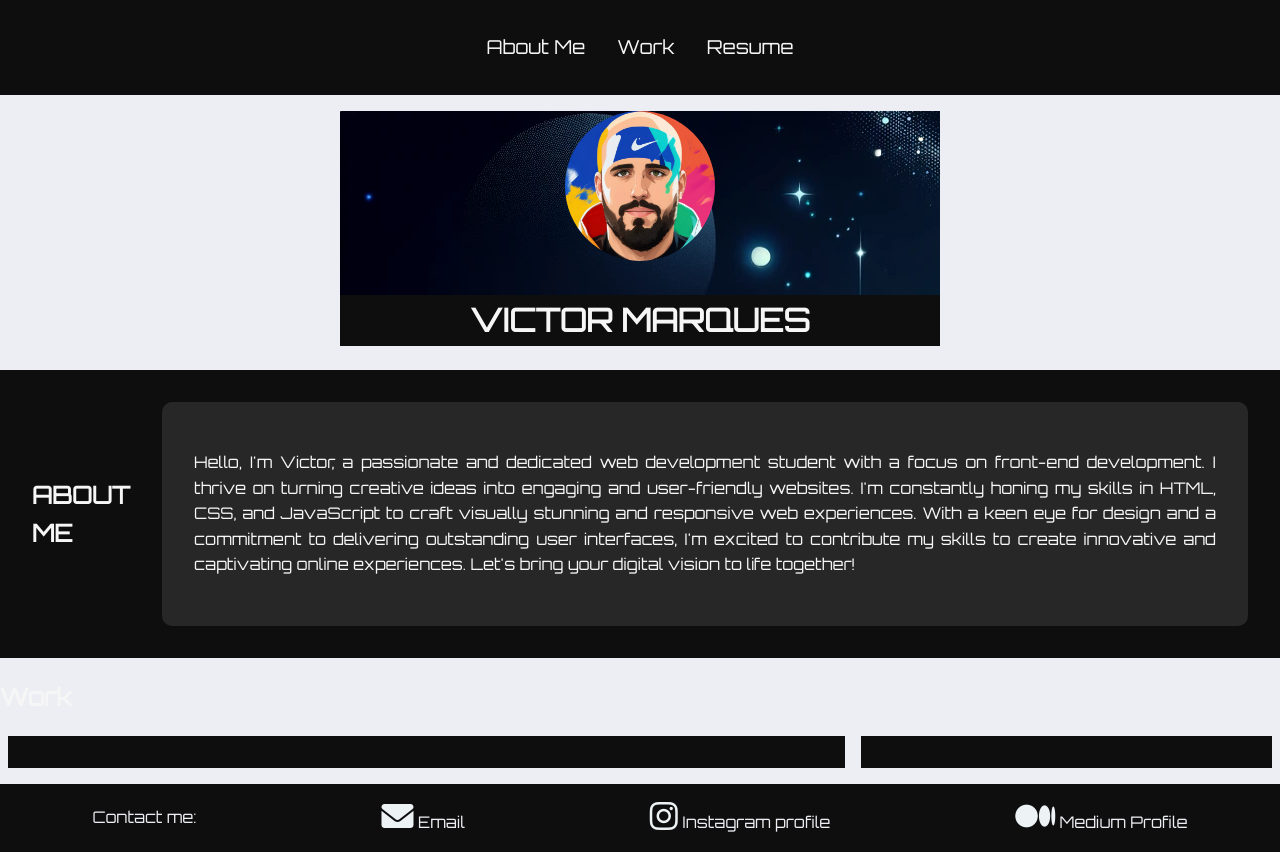
Repository: uvee35/Challenge2-Victor
Page: index.html
The author's editor kept a copy of each file at every save. The page is drawn from the files as they stood at one save, then again after the next save.
The browser window is 1280 px wide. The pictures show the whole page.

Above is the page before, as saved 2023-12-11 22:34:27.

### index.html
<!DOCTYPE html>
<html lang="en-gb">
  <head>
    <meta charset="UTF-8" />
    <meta name="viewport" content="width=device-width, initial-scale=1.0" />
    <meta http-equiv="X-UA-Compatible" content="ie=edge" />
    <title>Victor Marques Portfolio</title>
    <link rel="stylesheet" href="assets/style.css" />
    <link
      href="https://cdnjs.cloudflare.com/ajax/libs/font-awesome/6.0.0-beta3/css/all.min.css"
      rel="stylesheet"
    />
    <link
      href="https://fonts.googleapis.com/css?family=Orbitron&display=swap"
      rel="stylesheet"
    />
  </head>

  <body>
    <header class="header">
      <nav class="header__nav">
        <ul class="nav__list">
          <li class="nav__item">
            <a href="#about" class="nav__link">About Me</a>
          </li>
          <li class="nav__item"><a href="#work" class="nav__link">Work</a></li>
          <li class="nav__item">
            <a href="#resume" class="nav__link">Resume</a>
          </li>
        </ul>
      </nav>
    </header>

    <section class="hero-banner">
      <div class="hero-banner__content">
        <img src="..///assets/victor.JPG" alt="Victor" class="about__image" />
        <h1>VICTOR MARQUES</h1>
      </div>
    </section>

    <main class="page-wrapper">
      <section class="about-section">
        <h2 class="about-title">ABOUT ME</h2>
        <div class="about-box">
          <p class="about-me-text">
            Hello, I'm Victor, a passionate and dedicated web development
            student with a focus on front-end development. I thrive on turning
            creative ideas into engaging and user-friendly websites. I'm
            constantly honing my skills in HTML, CSS, and JavaScript to craft
            visually stunning and responsive web experiences. With a keen eye
            for design and a commitment to delivering outstanding user
            interfaces, I'm excited to contribute my skills to create innovative
            and captivating online experiences. Let's bring your digital vision
            to life together!
          </p>
        </div>
      </section>

      <section class="page-section" id="work">
        <h2>Work</h2>
        <div class="work__projects">
          <a class="project project--featured"></a>
          <div class="project">
            <!-- Other project content -->
          </div>
          <!-- Repeat for other projects as necessary -->
        </div>
      </section>
    </main>

    <footer class="footer">
      <div class="footer__contact-info">
        <span class="footer__contact-header">Contact me: </span>
        <a href="mailto:victormarquesrina@hotmail.com" class="contact-link">
          <i class="fas fa-envelope social-icon"></i>
          <span>Email</span>
        </a>
        <a href="https://www.instagram.com/Uvee35" class="contact-link">
          <i class="fab fa-instagram social-icon"></i>
          <span>Instagram profile</span>
        </a>
        <a href="https://medium.com/@victor5.vm58" class="contact-link">
          <i class="fab fa-medium social-icon"></i>
          <span>Medium Profile</span>
        </a>
      </div>
    </footer>
  </body>
</html>

### assets/style.css
:root {
  --primary-color: #edeef3;
  --secondary-color: #0e0e0e;
  --accent-color: #edf2f4;
  --font-color: #f6f6f6;
  --font-family: 'Orbitron', sans-serif;
}

*,
*::before,
*::after {
  box-sizing: border-box;
}

body {
  font-family: var(--font-family);
  color: var(--font-color);
  background-color: var(--primary-color);
  line-height: 1.6;
  margin: 0;
  padding: 0;
  display: flex;
  flex-direction: column;
  min-height: 100vh;
}

.header {
  display: flex;
  justify-content: center; /* This will center the navigation items */
  align-items: center; /* This will vertically center the items if the header has a specific height */
  padding: 1rem;
  background-color: #0e0e0e;
}


.nav__list {
  display: flex;
  justify-content: center; /* Center the list items horizontally */
  align-items: center; /* Center the list items vertically */
  list-style: none;
  padding: 0; /* Remove default padding */
}


.nav__item {
  margin: 0 1rem;
}

.nav__link {
  color: var(--font-color);
  text-decoration: none;
  font-size: 1.2rem;
}

.hero-banner {
  padding: 1rem; /* Reduced padding */
  text-align: center; /* Center content */
}

.hero-banner__content {
  /* If you want to limit the width of the content area */
  max-width: 600px; /* Adjust as needed */
  margin: auto; /* Center the content area if max-width is set */
  background-image: url(..//assets/background.png);
}


.hero-banner h1 {
  font-size: 2rem; /* Smaller font size for the main heading */
  margin-bottom: 0.5rem; /* Adjust spacing as needed */
  background-color: #0e0e0e;
}

.about__image {
  width: 150px; /* New, smaller width */
  height: 150px; /* New, smaller height */
  border-radius: 50%; /* To keep the circular shape */
  object-fit: cover; /* To maintain aspect ratio */
}


.about-section {
  background-color: var(--secondary-color);
  padding: 2rem;
  display: flex;
  justify-content: space-between;
  align-items: center;

}

.about-title {
  color: var(--font-color);
  font-size: 1.5rem;
  margin-right: 2rem; /* Adjust space between title and box */
}

.about-box {
  flex-grow: 1;
  background: rgba(255, 255, 255, 0.1); /* Semi-transparent white */
  padding: 2rem;
  border-radius: 10px;
  color: var(--font-color);
  font-size: 1rem;
  text-align: justify;
}

.work__projects {
  display: flex;
  flex-wrap: wrap;
  gap: 1rem;
  justify-content: center;
}

.project {
  background-color: var(--secondary-color);
  padding: 1rem;
  width: calc(33.333% - 1rem);
  margin-bottom: 1rem;
}

.project--featured {
  width: calc(66.666% - 1rem);
}

.project img {
  max-width: 100%;
  height: auto;
  border: 3px solid var(--accent-color);
}

.footer {
  background-color: var(--secondary-color);
  color: var(--primary-color);
  text-align: center;
  padding: 1rem 0;
  display: flex;
  justify-content: space-around;
  align-items: center;
  margin-top: auto; /* Pushes the footer to the bottom */
}

.footer a {
  color: var(--primary-color);
  text-decoration: none;
}

.footer__contact-info {
  display: flex;
  justify-content: space-around;
  align-items: center;
  width: 100%;
}

.social-icon {
  font-size: 2rem;
  color: var(--accent-color);
}

/* Media Queries for Responsive Design */
@media (max-width: 768px) {
  .project {
    width: calc(50% - 1rem);
  }

  .project--featured {
    width: 100%;
  }

  .about-box {
    width: 100%;
  }
}

@media (max-width: 480px) {
  .nav__list {
    flex-direction: column;
    align-items: center;
  }

  .nav__item {
    margin-bottom: 0.5rem;
  }

  .project,
  .project--featured {
    width: 100%;
  }

  .about-section {
    flex-direction: column;
    text-align: center;
  }

  .about-title {
    margin: 0 0 1rem 0;
  }
}

After the next save:
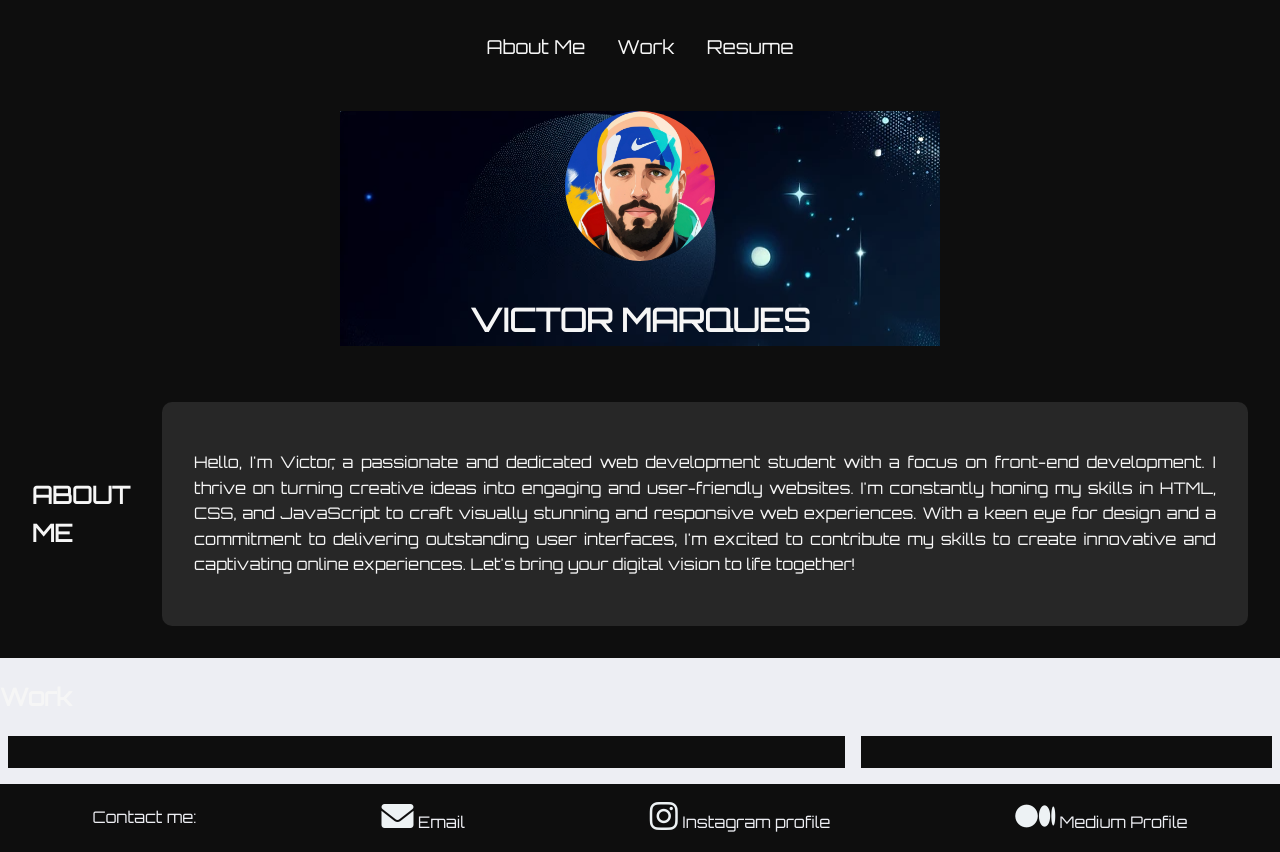
Saved 22 s later.
--- a/assets/style.css
+++ b/assets/style.css
@@ -55,6 +55,7 @@
 .hero-banner {
   padding: 1rem; /* Reduced padding */
   text-align: center; /* Center content */
+  background-color: #0e0e0e;
 }
 
 .hero-banner__content {
@@ -68,7 +69,7 @@
 .hero-banner h1 {
   font-size: 2rem; /* Smaller font size for the main heading */
   margin-bottom: 0.5rem; /* Adjust spacing as needed */
-  background-color: #0e0e0e;
+
 }
 
 .about__image {
